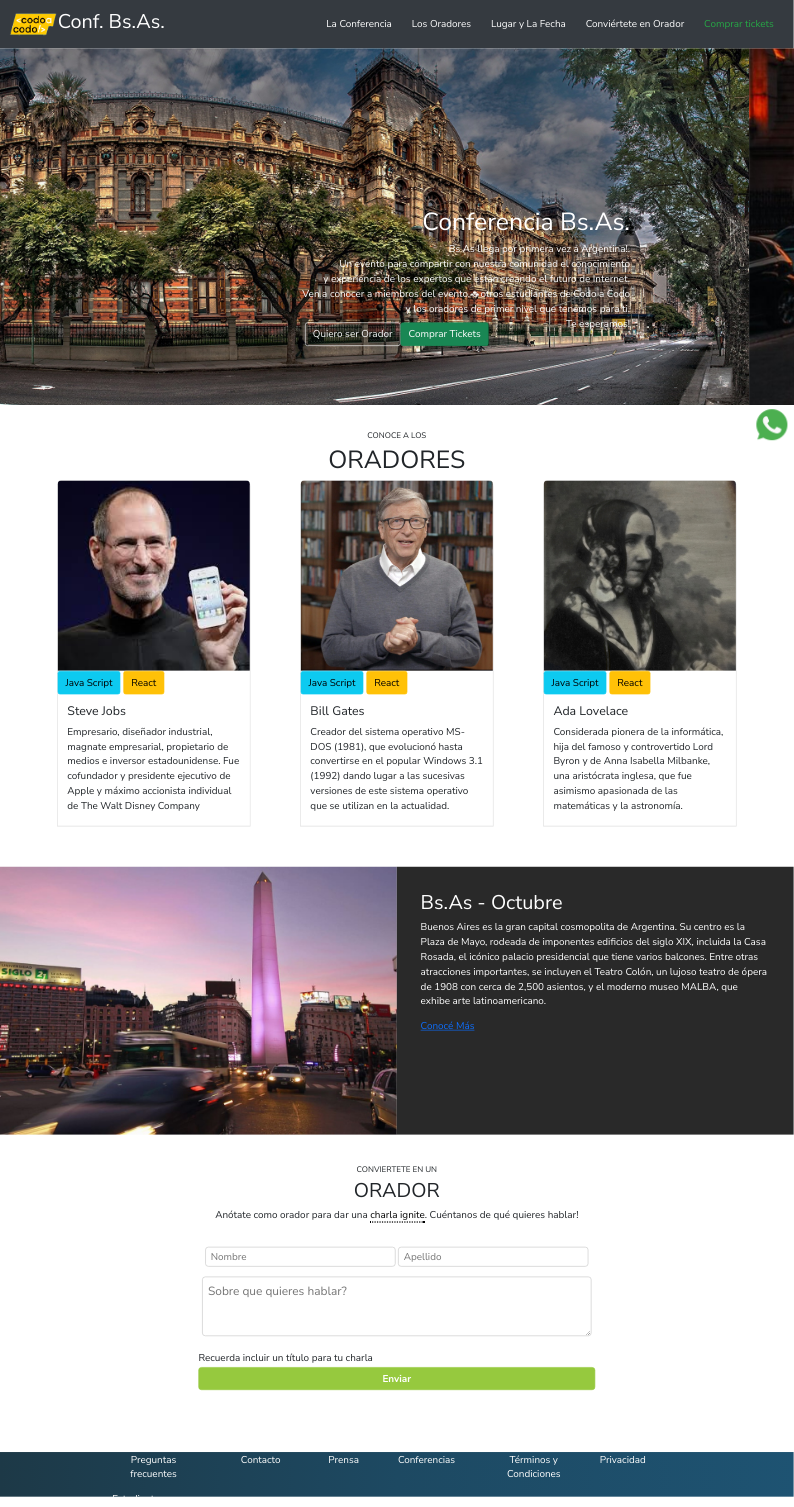
Repository: Melire/trabajo-final-BS
Page: index.html
The author's editor kept a copy of each file at every save. The page is drawn from the files as they stood at one save, then again after the next save.
The browser window is 1280 px wide. The pictures show the whole page, at 62% of full size.

Above is the page before, as saved 2023-05-10 16:43:24.

### index.html
<!DOCTYPE html>
<html lang="es">

<head>
    <meta charset="UTF-8">
    <meta http-equiv="X-UA-Compatible" content="IE=edge">
    <meta name="viewport" content="width=device-width, initial-scale=1.0">
    <title>Proyecto Melisa Renovales Wolcan</title>
    <link rel="shortcut icon" href="favicon.ico" type="image/x-icon">
    <link href="https://cdn.jsdelivr.net/npm/bootstrap@5.0.2/dist/css/bootstrap.min.css" rel="stylesheet"
        integrity="sha384-EVSTQN3/azprG1Anm3QDgpJLIm9Nao0Yz1ztcQTwFspd3yD65VohhpuuCOmLASjC" crossorigin="anonymous">
    <link rel="stylesheet" href="./css/estilos3.css">

</head>

<body>
    <header class="header">
        <div class="headerNav">
            <div class="contenedorLogo">
                <a href="https://www.buenosaires.gob.ar/educacion/codo-codo" target="_blank">
                    <img src="./assets/img/codoacodo.png" alt="Logo">
                </a>
                <h2>Conf. Bs.As.</h2>
            </div>
            <!--barra de navegacion BS-->
            <nav>
                <ul class="nav">
                    <li class="nav-item">
                        <a class="nav-link active" aria-current="page" href="#laConferencia">La Conferencia</a>
                    </li>
                    <li class="nav-item">
                        <a class="nav-link" href="#losOradores">Los Oradores</a>
                    </li>
                    <li class="nav-item">
                        <a class="nav-link" href="#lugarYfecha">Lugar y La Fecha</a>
                    </li>
                    <li class="nav-item">
                        <a class="nav-link" href="#convierteteEnOrador">Conviértete en Orador</a>
                    </li>
                    <a class="nav-link color" href="./pages/comprar_tickets.html">Comprar tickets</a>
                    </li>
                </ul>
            </nav>

        </div>
        <!--comportamientos carrousel BS-->
        <section id="laConferencia" class="contenedorCarousel">
            <div id="carouselExampleCaptions" class="carousel slide" data-bs-ride="carousel">
                <div class="carousel-indicators">
                    <div class="carouselNone">
                        <button type="button" data-bs-target="#carouselExampleCaptions" data-bs-slide-to="0"
                            class="active" aria-current="true" aria-label="Slide 1"></button>
                        <button type="button" data-bs-target="#carouselExampleCaptions" data-bs-slide-to="1"
                            aria-label="Slide 2"></button>
                        <button type="button" data-bs-target="#carouselExampleCaptions" data-bs-slide-to="2"
                            aria-label="Slide 3"></button>
                    </div>

                    <!--botones carrousel-->
                    <nav class="container">
                        <div class="botonesCabecera">
                            <a href="#convierteteEnOrador" button type="button" class="btn btn-outline-light">Quiero ser
                                Orador</a>
                            <a href="./pages/comprar_tickets.html" button type="button" class="btn btn-success">Comprar
                                Tickets</a>
                        </div>
                    </nav>
                </div>
                <!--textos y fotos carrousel BS-->
                <div class="carousel-inner">
                    <div class="carousel-item active">
                        <img src="./assets/img/ba1.jpg" class="d-block w-100" alt="Palacio del agua">
                        <div class="carousel-caption d-none d-md-block">
                            <h5 class="texto"> Conferencia Bs.As.</h5>
                            <p> Bs As llega por primera vez a Argentina!.<br /> Un evento para compartir con nuestra
                                comunidad el conocimiento<br /> y experiencia de los expertos que están creando el
                                futuro de Internet.<br />
                                Ven a conocer a miembros del evento, a otros estudiantes de Codo a Codo<br /> y los
                                oradores de primer nivel que tenemos para ti.<br />Te esperamos!</p>
                        </div>
                    </div>
                    <div class="carousel-item">
                        <img src="./assets/img/ba2.jpg" class="d-block w-100" alt="obelisco">
                        <div class="carousel-caption d-none d-md-block">
                            <h5 class="texto">Paseos en bus</h5>
                            <p>Tenemos la mejor selección de tours en español en Argentina<br />
                                ¡y al mejor precio! Descubre todo lo que puedes hacer en la Ciudad de Buenos
                                Aires!<br />
                                Veni a conocer un mágico Buenos Aires<br /> Te invitamos a conocer las costumbres y
                                gastronomía de la vida porteña de antaño</p>
                        </div>
                    </div>
                    <div class="carousel-item">
                        <img src="./assets/img/ba3.jpg" class="d-block w-100" alt="Diagonal sur">
                        <div class="carousel-caption d-none d-md-block">
                            <h5 class="texto">Visitas guiadas en edificios históricos</h5>
                            <p>En nuestras caminatas guiadas,<br /> recorremos los edificios mas hermosos de la
                                ciudad,<br /> llenos de histrorias y misterios.<br /> No te lo pierdas!</p>
                        </div>
                    </div>
                </div>
                <button class="carousel-control-prev" type="button" data-bs-target="#carouselExampleCaptions"
                    data-bs-slide="prev">
                    <span class="carousel-control-prev-icon" aria-hidden="true"></span>
                    <span class="visually-hidden">Previous</span>
                </button>
                <button class="carousel-control-next" type="button" data-bs-target="#carouselExampleCaptions"
                    data-bs-slide="next">
                    <span class="carousel-control-next-icon" aria-hidden="true"></span>
                    <span class="visually-hidden">Next</span>
                </button>
            </div>
        </section>
    </header>
    <!--Oradores BS-->
    <main>
        <section id="losOradores" class="sectionOradores">
            <h2 class="tituloRadores"><span class=tituloCh>CONOCE A LOS</span> <br> ORADORES</h2>
            <div class="padreCards">
                <div class="row row-cols-1 row-cols-md-3 g-4">
                    <div class="col">
                        <div class="card h-100">
                            <img src="./assets/img/steve.jpg" class="card-img-top" alt="Steve Jobs">
                            <div class="buttonsCard">
                                <button type="button" class="btn btn-info">Java Script</button>
                                <button type="button" class="btn btn-warning">React</button>
                            </div>

                            <div class="card-body">
                                <h5 class="card-title">Steve Jobs</h5>
                                <p class="card-text">Empresario, diseñador industrial, magnate empresarial, propietario
                                    de medios e inversor
                                    estadounidense. Fue cofundador y presidente ejecutivo de Apple​ y máximo accionista
                                    individual de The Walt Disney Company</p>
                            </div>
                        </div>
                    </div>
                    <div class="col">
                        <div class="card h-100">
                            <img src="./assets/img/bill.jpg" class="card-img-top" alt="Bill Gates">
                            <div class="buttonsCard">
                                <button type="button" class="btn btn-info">Java Script</button>
                                <button type="button" class="btn btn-warning">React</button>
                            </div>
                            <div class="card-body">
                                <h5 class="card-title">Bill Gates</h5>
                                <p class="card-text">Creador del sistema operativo MS-DOS (1981), que evolucionó hasta
                                    convertirse en el popular
                                    Windows 3.1 (1992) dando lugar a las sucesivas versiones de este sistema operativo
                                    que se
                                    utilizan en la actualidad.</p>
                            </div>
                        </div>
                    </div>
                    <div class="col">
                        <div class="card h-100">
                            <img src="./assets/img/ada.jpeg" class="card-img-top" alt="Ada Lovelace">
                            <div class="buttonsCard">
                                <button type="button" class="btn btn-info">Java Script</button>
                                <button type="button" class="btn btn-warning">React</button>
                            </div>
                            <div class="card-body">
                                <h5 class="card-title">Ada Lovelace</h5>
                                <p class="card-text">Considerada pionera de la informática, hija del famoso y
                                    controvertido Lord Byron y de Anna
                                    Isabella Milbanke, una aristócrata inglesa, que fue asimismo apasionada de las
                                    matemáticas y
                                    la astronomía.</p>
                            </div>
                        </div>
                    </div>
                </div>
            </div>
        </section>
        <section id="lugarYfecha" class="container-fluid">
            <div class="row">
                <div class="col-sm-12 col-md-6 colIzq">

                </div>
                <div class="col-sm-12 col-md-6 colDer">
                    <h2>Bs.As - Octubre</h2>
                    <p>Buenos Aires es la gran capital cosmopolita de Argentina. Su centro es la Plaza de Mayo, rodeada
                        de imponentes edificios del siglo XIX, incluida la Casa Rosada, el icónico palacio presidencial
                        que tiene varios balcones. Entre otras atracciones importantes, se incluyen el Teatro Colón, un
                        lujoso teatro de ópera de 1908 con cerca de 2,500 asientos, y el moderno museo MALBA, que exhibe
                        arte latinoamericano.</p>
                    <a class="boton1" href="">Conocé Más</a>
                </div>
        </section>
        <section id="convierteteEnOrador" class="formularioOrador">
            <h2><span class="tituloCh"> CONVIERTETE EN UN </span> <br> ORADOR</h2>
            <p>Anótate como orador para dar una <a href="" class="charla">charla ignite</a>.
                Cuéntanos de qué quieres hablar!</p>
            <br>
            <form action="" autocomplete="on">
                <div>
                    <input class="inputNA" type="text" placeholder="Nombre" required>
                    <input class="inputNA" type="text" placeholder="Apellido" required>
                </div>
                <div>
                    <textarea class="textArea" name="" id="" cols="44" rows="6" placeholder="Sobre que quieres hablar?"
                        required></textarea>
                </div>
                <p class="finalForm">Recuerda incluir un título para tu charla</p>
                <div>
                    <input type="submit" value="Enviar" class="formSubmit">
                </div>
            </form>
        </section>
    </main>
    <!--footer BS-->
    <footer class="footer container-fluid mt-5">
        <div class="contenedorFooter row text-center gap-3 w-75 h-100 mx-auto">
            <a class="col-sm-12 col-md-2" href="#Preguntas frecuentes">Preguntas frecuentes</a>
            <a class="col-sm-12 col-md-2" href="#contacto">Contacto</a>
            <a class="col-sm-12 col-md-1" href="#prensa">Prensa</a>
            <a class="col-sm-12 col-md-2" href="#conferencias">Conferencias</a>
            <a class="col-sm-12 col-md-2" href="#condiciones">Términos y Condiciones</a>
            <a class="col-sm-12 col-md-1" href="#privacidad">Privacidad</a>
            <a class="col-sm-12 col-md-1" href="#estudiantes">Estudiantes</a>
        </div>
        <a href=""><img class="wsp" src="./assets/img/whatsapp.png" alt="what"></a>
    </footer>
    <script src="https://cdn.jsdelivr.net/npm/bootstrap@5.0.2/dist/js/bootstrap.bundle.min.js"
        integrity="sha384-MrcW6ZMFYlzcLA8Nl+NtUVF0sA7MsXsP1UyJoMp4YLEuNSfAP+JcXn/tWtIaxVXM"
        crossorigin="anonymous"></script>
</body>

</html>

### css/estilos3.css
@import url('https://fonts.googleapis.com/css2?family=Nunito+Sans:wght@400;600;700&display=swap');

* {
    margin: 0;
    padding: 0;
    box-sizing: border-box;
}

body {
    font-family: 'Nunito Sans', sans-serif;
}

.header {
    margin-bottom: 1rem;
}

.headerNav {
    background-color: rgb(53, 58, 64);
    display: flex;
    flex-wrap: wrap;
    justify-content: space-between;
    padding: 1rem 1rem;
    align-items: center;
}
.contenedorLogo {
    width: 20%;
    display: flex;
    align-items: center;
    justify-content: space-between;
}

.contenedorLogo a {
    display: inline-block;
    width: 30%;
}

.contenedorLogo img {
    width: 100%;
    object-fit: cover;
}

.contenedorLogo h2 {
    color: white;
}

.nav-link {
    color: white;
}

.color {
    color: rgb(39, 167, 70);
}

.contenedorCarousel {
    width: 100%;
    height: 80vh;
}

.contenedorCarousel img {
    height: 80vh;
    object-fit: cover;
}

.contenedorCarousel p {
    text-align:right;
    text-shadow: #000000;
    margin-bottom: 5rem;
}

.texto {
    font-size: 2.5rem;
    text-align: right;
}
.botonesCabecera {
    display:flex;
    flex-direction:row;
    justify-content: center;
    align-items: end;
   padding:5rem ;
}

.carouselNone
{
    display: none;
  }
.sectionOradores h2 {
    text-align: center;
}

.tituloCh {
    font-size: small;
}

.tituloRadores {
    font-size: 2.5rem;
}
.padreCards {
    width: 90%;
    margin: 0 auto;
    justify-content: center;
    align-items: center;
    flex-wrap: wrap;
    height: 90vh;

}
.card{

    width: 85%;
    margin: 0 auto;
    height: 90vh;
    column-gap: 4%;
    border-radius: 2% 2% 0px 0px;
}
.card img {

    height: 55%;
    border-radius: 2% 2% 0px 0px;

}

.buttonsCard{
color: white;
}
.colIzq {
    background-image: url("../assets/img/obelisco.jpg");
    background-size: cover;
    background-position: center;
    background-repeat: no-repeat;
    height: 60vh;
}

.colDer {
    background-color: rgb(41, 41, 41);
    color: white;
    height: 60vh;
    padding: 3%;
}

.formularioOrador {
    width: 50%;
    height: 60vh;
    margin: 2rem auto;
    text-align: center;
}

.formularioTicket {
    display: flex;
    width: 80%;
    height: 80vh;
    margin: 2rem auto;
    text-align: center;
    align-items: center;
    flex-direction: column;
}

.radio {
    text-align: left;
    padding: 5rem auto;
    font-size: 1rem;

}

.charla {
    text-decoration: none;
    color: black;
    border-bottom: 2px dotted black;
}

.inputNA {
    width: 48%;

    height: 2rem;
    margin-bottom: 1rem;
    border-radius: 5px;
    border: 1px solid rgb(198, 198, 198);
    padding-left: 0.5rem;
}

.textArea {
    width: 98%;
    height: 6rem;
    margin-bottom: 1rem;
    border-radius: 5px;
    border: 1px solid rgb(198, 198, 198);
    font-size: 1.2rem;
    padding: 0.5rem;
}

.finalForm {
    display: flex;
    text-align: left;
    font-size: smaller5;
    margin-bottom: 0.2rem;
}

.formSubmit {
    width: 100%;
    height: 2.3rem;
    border-radius: 5px;
    border: 1px solid rgb(150, 201, 62);
    background-color: rgb(150, 201, 62);
    color: white;
    font-weight: bold;
    font-size: 1rem;
    cursor: pointer;
    margin-bottom: 1rem;
}

.formSubmitb {
    width: 50%;
    height: 2rem;
    border-radius: 5px;
    border: 1px solid rgb(88, 88, 88);
    background-color: rgb(88, 88, 88);
    color: white;
    font-weight: bold;
    font-size: 1rem;
    cursor: pointer;
    margin-bottom: 1rem;

}

.wsp {
    position: fixed;
    bottom: 10px;
    right: 10px;
    width: 50px;
}

.footer {
    background: linear-gradient(to right, #1d3947, #1d4962, #1e5372);
    height: 10vh;
}

.contenedorFooter {
    width: 70%;
    height: 100%;
    margin: 0 auto;
}

.contenedorFooter a {
    color: white;
    text-decoration: none;
    font-size: 1 rem;
}

/*vamos a cargar ahora el diseño para celular*/
/*0 - 567px  */
/*
@media screen and (max-width: 567px) {
    .headerNav {
        background-color: rgb(56, 56, 56);
        flex-direction: column;
        align-items: center;
        justify-content: center;
        height: initial;
        padding: 1rem;
    }

    .contenedorLogo {
        width: 70%;
    }

    .contenedorLogo img {
        width: 70%;
        object-fit: cover;
    }

    .listaNav {
        flex-direction: column;
        align-items: center;
        justify-content: center;
        width: 100%;
    }

    .laConferencia {
        height: 60%;
        background: url("../assets/img/madero.jpg");
        background-size: cover;
        background-position: center;
        background-repeat: no-repeat;
        padding-right: initial;
        align-items: center;
        justify-content: center;

    }

    .contenedorTextConf {
        background: linear-gradient(to bottom, #000000c2, #000000c2);
        width: 100%;
        text-align: center;
        font-size: small;
    }

    .escritorio {
        display: none;
    }

    .padreCards {
        width: 90%;
        height: initial;
    }

    .card {
        border: 1px solid rgb(207, 202, 202);
        width: 300px;
        height: 90%;
        border-radius: 2%;
        margin-bottom: 1rem;
    }

    .colIzq {
        height: 30vh;
    }

    .colDer {
        height: 50vh;
        font-size: small;
    }

    .formularioOrador {
        height: initial;
    }

    .formularioTicket {
        height: initial;
    }

    .footer {
        height: initial;
        padding: 30px;
    }

    .wsp {
        position: fixed;
        bottom: 20px;
        right: 10px;
        width: 30px;
    }
}
/*

@media screen and (min-width: 568px) and (max-width:767px) {
    .headerNav {
        flex-direction: column;
        align-items: center;
        justify-content: center;
        height: initial;
        padding: 1rem 1rem;

    }

    .contenedorLogo {
        width: 50%;
    }

    .navegacion {
        width: 100%;
    }

    .listaNav {
        width: 100%;
        justify-content: space-evenly;
    }

    .linkNav {
        font-size: 1rem;
    }

    .contenedorTextConf {
        width: 90%;
    }

    .tituloRadores {
        margin-top: 4rem;
    }

    .padreCards {
        width: 90%;
        height: initial;
    }

    .card {
        border: 1px solid rgb(207, 202, 202);
        width: 300px;
        height: 90%;
        border-radius: 2%;
        margin-bottom: 1rem;
    }

    .lugarFecha {
        display: flex;
        align-items: center;
        height: 70vh;
        color: rgb(253, 253, 253);
        font-size: small;
        background: linear-gradient(to bottom, #00000026, #000000c2, #00000026), url("../assets/img/obelisco.jpg");
        background-size: cover;
        background-position: center;
        background-repeat: no-repeat;
    }

    .left {
        display: none;
    }

    .right {
        width: 100%;
        border-left: 1px solid white;
        padding: 2%;
    }

    .right h2 {
        margin-bottom: 1rem;
    }

    .right p {
        margin-bottom: 1rem;
        line-height: 1.7;
    }

    .formularioOrador {
        height: initial;
    }

    .formularioTicket {
        height: initial;
    }

    .wsp {
        position: fixed;
        bottom: 20px;
        right: 10px;
        width: 30px;
    }

    .contenedorFooter {
        width: 70%;
        height: 100%;
        margin: 0 auto;
        display: flex;
        justify-content: space-evenly;
        align-items: flex-start;
    }

    .contenedorFooter a {
        color: white;
        text-decoration: none;
        font-size: small;
        padding: 0.3rem;
        align-items: flex-start;
    }
}






@media screen and (min-width: 768px) and (max-width:991px) {

    .headerNav {
        flex-direction: column;
        align-items: center;
        justify-content: center;
        height: initial;
        padding: 1rem 1rem;

    }

    .contenedorLogo {
        width: 50%;
    }

    .navegacion {
        width: 100%;
    }

    .listaNav {
        width: 100%;
        justify-content: space-evenly;
    }

    .linkNav {
        font-size: 1.2rem;
    }

    .contenedorTextConf {
        width: 90%;
    }

    .tituloRadores {
        margin-top: 5rem;
    }

    .padreCards {
        width: 90%;
        height: initial;

    }

    .card {
        border: 1px solid rgb(207, 202, 202);
        width: 300px;
        height: 90%;
        border-radius: 2%;
        margin-bottom: 1rem;
    }

    .lugarFecha {
        display: flex;
        align-items: stretch;
        height: 60vh;
        background-color: rgb(41, 41, 41);
        color: white;
        font-size: small;

    }

    .formularioOrador {
        height: initial;
    }

    .formularioTicket {
        height: initial;
    }

    .wsp {
        position: fixed;
        bottom: 40px;
        right: 20px;
        width: 30px;
    }

    .contenedorFooter a {
        color: white;
        text-decoration: none;
        padding: 1rem;
        align-items: flex-start;
    }

}

@media screen and (min-width: 992px) and (max-width:1299px) {
    .headerNav {
        padding: 1rem 1rem;
    }

    .contenedorLogo {
        width: 20%;
    }

    .navegacion {
        margin-left: 20px;
        width: 65%;
    }

    .padreCards {
        width: 90%;
        height: initial;
    }

    .card {
        margin-bottom: 1rem;
    }

    .lugarFecha {
        font-size: small;

    }

    .formularioOrador {
        height: initial;
    }

    .formularioTicket {
        height: initial;
    }

    .wsp {
        position: fixed;
        bottom: 40px;
        right: 20px;
        width: 40px;
    }

    .contenedorFooter a {
        color: white;
        text-decoration: none;
        padding: 1rem;
        align-items: flex-start;
    }

}

/*
@media screen and (min-width: 1300px) and (max-width:1399px) {
    .headerNav {
        background-color: rgb(229, 255, 0);
        padding: 1rem 1rem;
    }

    .contenedorLogo {
        width: 20%;
    }

    .navegacion {
        margin-left: 20px;
        width: 65%;
    }

    .padreCards {
        width: 90%;
        height: initial;
    }

    .card {
        margin-bottom: 1rem;
    }

    .lugarFecha {
        font-size: small;

    }

    .formularioOrador {
        height: initial;
    }
    .formularioTicket {
        height: initial;
    }
    .wsp {
        position: fixed;
    bottom:40px;
        right: 20px;
        width: 40px;
    }

    .contenedorFooter {
        width: 70%;
        height: 100%;
        margin: 0 auto;
        display: flex;
        justify-content: space-evenly;

    }

    .contenedorFooter a {
        color: white;
        text-decoration: none;
        padding: 1rem;
        align-items: flex-start;
    }
}

/*otra opcion
/*celulares
@media screen and (max-width: 767px){

}
/*algunas tablets y notebook
@media screen and (min-width: 768px) and (max-width:1399px) {

}

*/

After the next save:
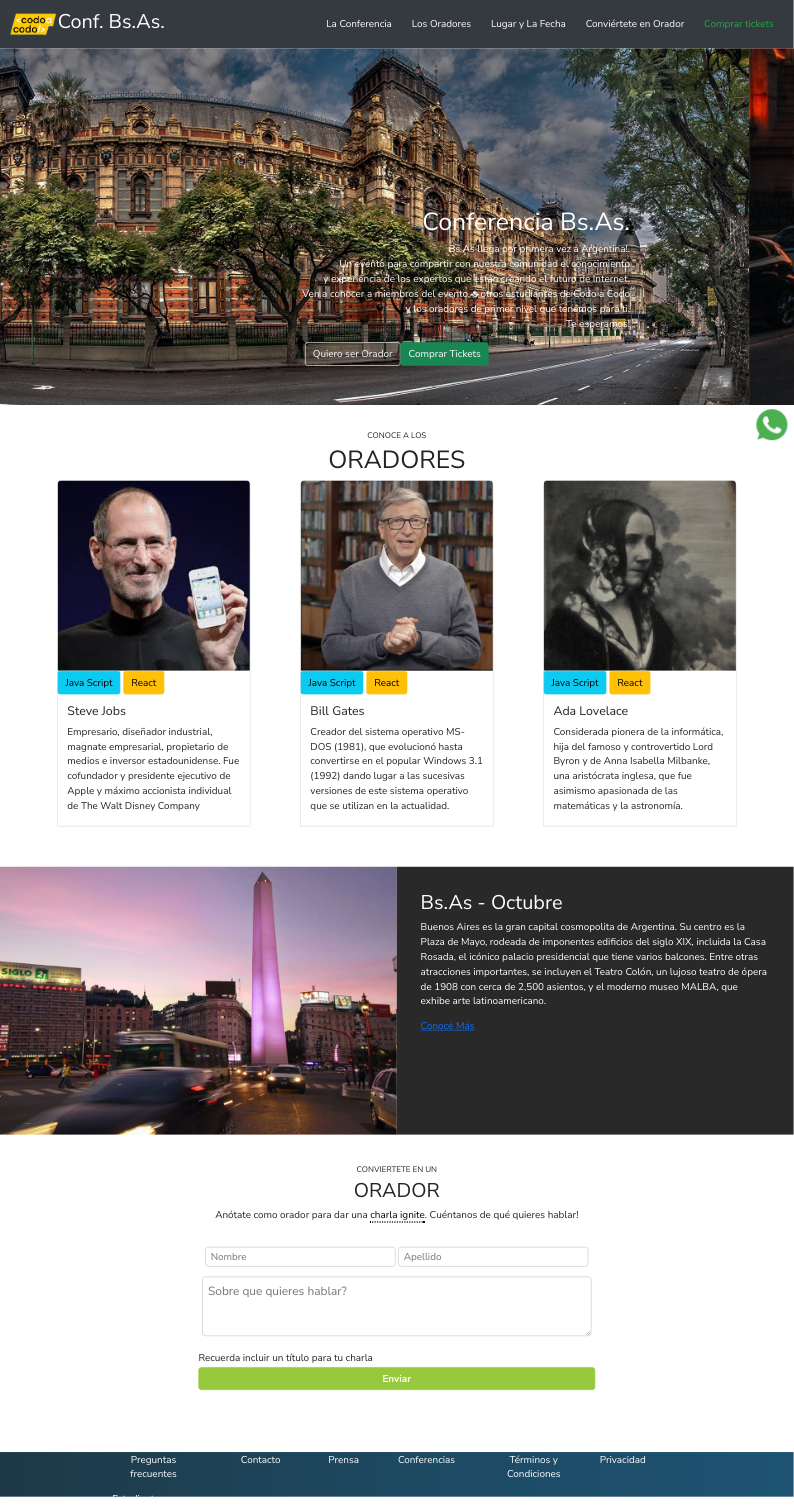
Saved 8 s later.
--- a/css/estilos3.css
+++ b/css/estilos3.css
@@ -76,7 +76,7 @@
     flex-direction:row;
     justify-content: center;
     align-items: end;
-   padding:5rem ;
+   padding:3rem ;
 }
 
 .carouselNone
